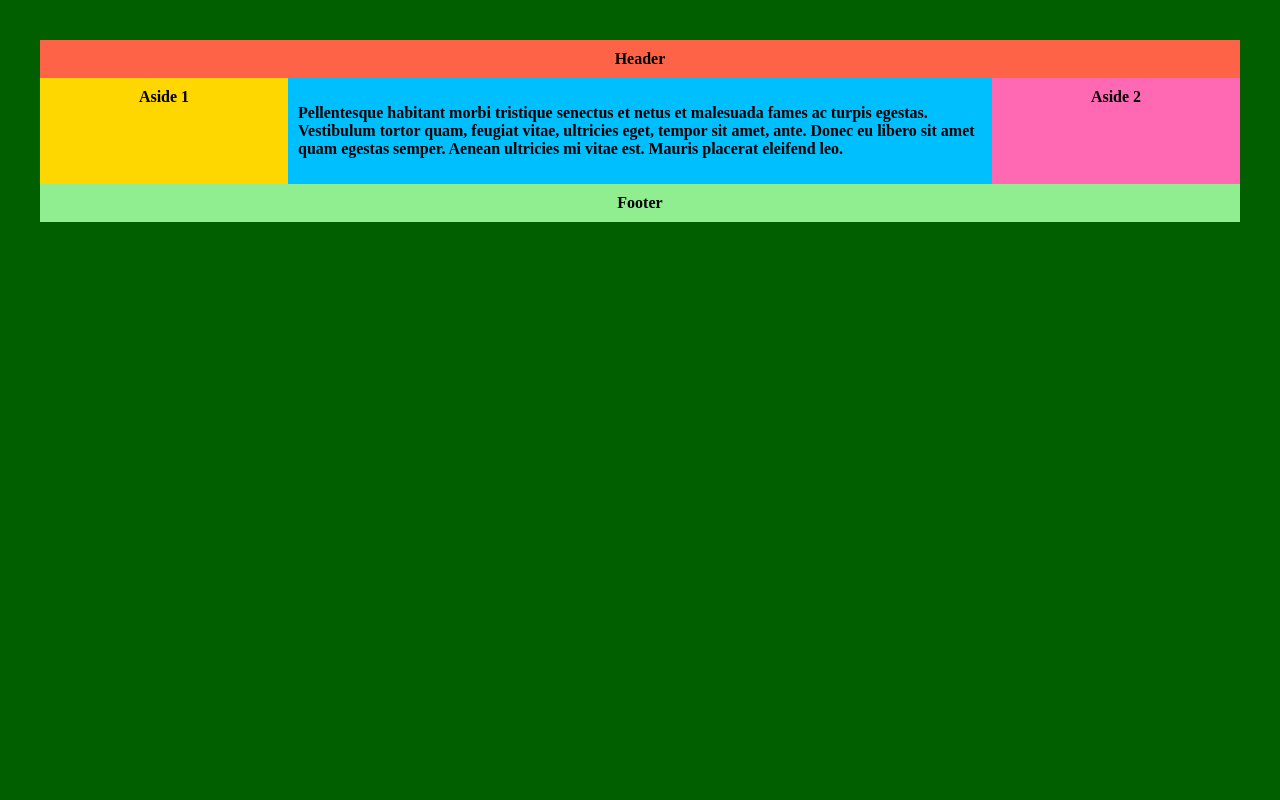
Repository: tiendungjr123/app-baicao
Page: /
These files come from the project's save history. The page is drawn as it stood at one moment and after the next save; the edit follows.
The browser window is 1280 px wide. The pictures show the whole page.
The project was rebuilt for these pictures with package versions that can differ from the ones it lists, and the page was loaded fresh each time. Also part of the build but not shown: src/index.css.

Above is the page before, as saved 2022-10-10 23:31:28.

After the next save:
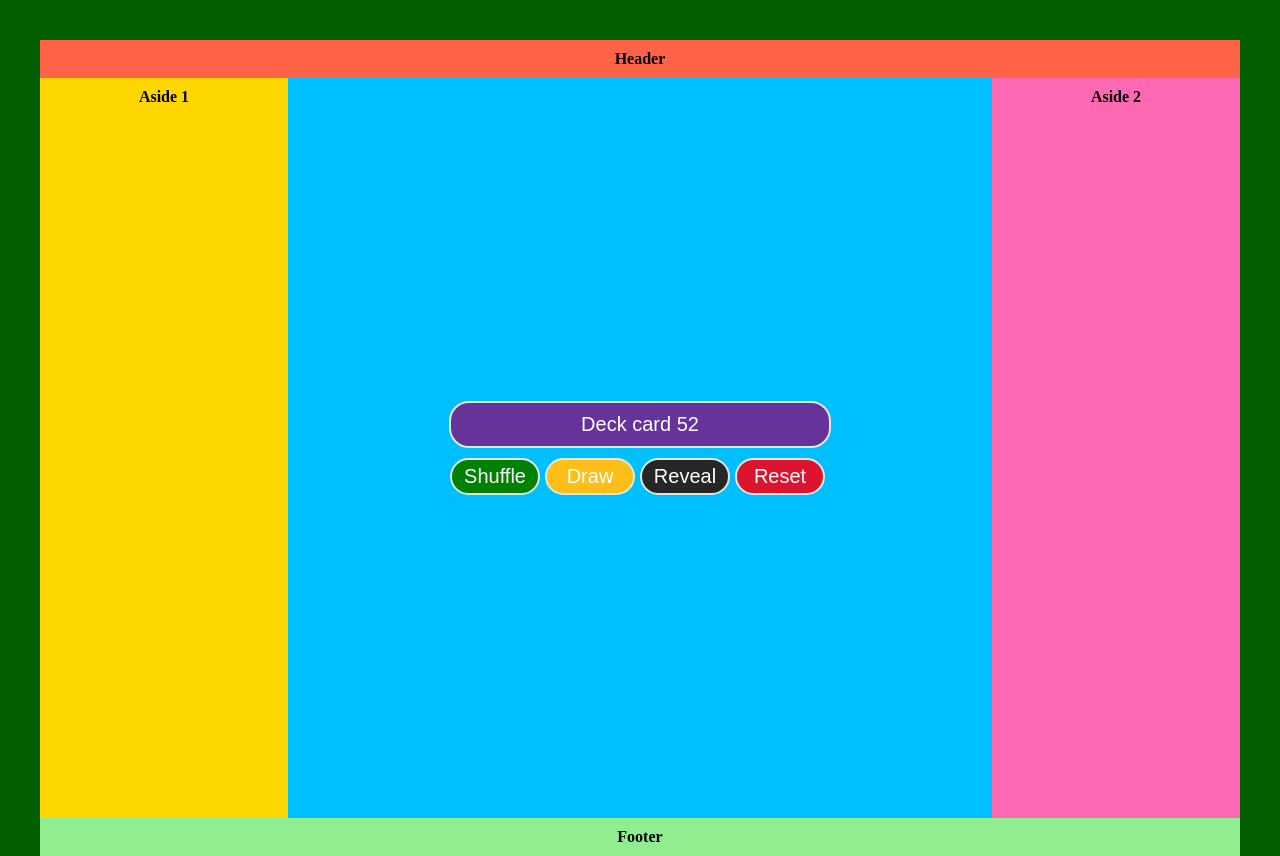
Saved 23 s later.
--- a/src/App.js
+++ b/src/App.js
@@ -6,7 +6,7 @@ function App() {
       <div class="wrapper">
          <header class="header">Header</header>
          <article class="main">
-            <p>Pellentesque habitant morbi tristique senectus et netus et malesuada fames ac turpis egestas. Vestibulum tortor quam, feugiat vitae, ultricies eget, tempor sit amet, ante. Donec eu libero sit amet quam egestas semper. Aenean ultricies mi vitae est. Mauris placerat eleifend leo.</p>
+            <Table/>
          </article>
          <aside class="aside aside-1">Aside 1</aside>
          <aside class="aside aside-2">Aside 2</aside>
